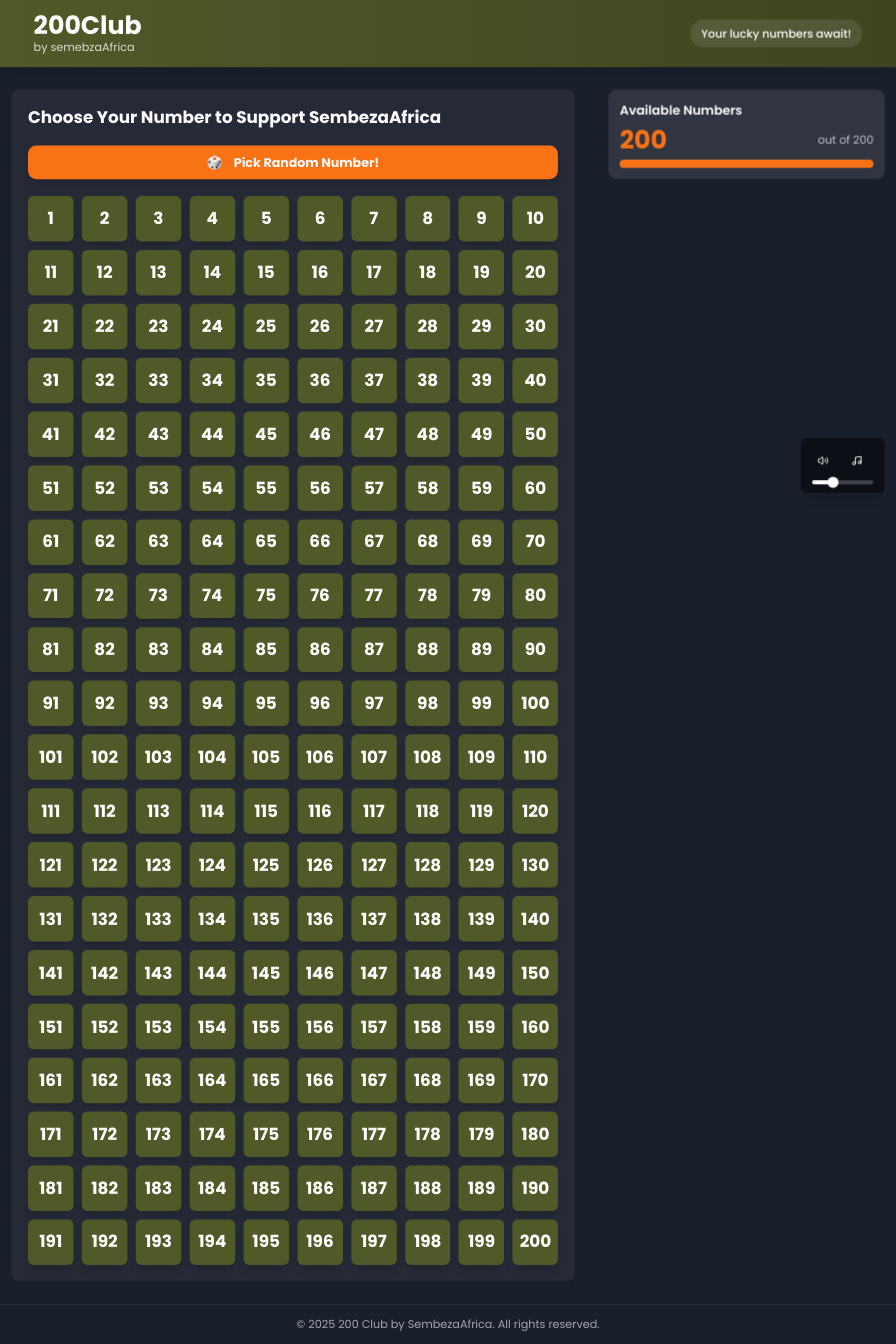
Repository: kaizoku010/200club
Page: /game
An editor plug-in stored every save of this project. The page is shown before and after the next save, followed by the edit.
The browser window is 1280 px wide. The pictures show the whole page, at 70% of full size.
The project was rebuilt for these pictures with package versions that can differ from the ones it lists, and the page was loaded fresh each time. Also part of the build but not shown: vite.config.ts, src/components/ui/tooltip.tsx, src/pages/main.css, src/pages/LandingPage.tsx, src/components/SelectedNumber.tsx, src/components/Cart.tsx, src/components/ui/input.tsx, src/components/ui/radio-group.tsx and 2 more.

Above is the page before, as saved 2025-05-07 02:45:45.

### index.html
<!DOCTYPE html>
<html lang="en">
  <head>
    <meta charset="UTF-8" />
    <meta name="viewport" content="width=device-width, initial-scale=1.0" />
    <title>lucky-number-arena-buy</title>
    <meta name="description" content="Lovable Generated Project" />
    <meta name="author" content="Lovable" />

    <meta property="og:title" content="lucky-number-arena-buy" />
    <meta property="og:description" content="Lovable Generated Project" />
    <meta property="og:type" content="website" />
    <meta property="og:image" content="https://lovable.dev/opengraph-image-p98pqg.png" />

    <meta name="twitter:card" content="summary_large_image" />
    <meta name="twitter:site" content="@lovable_dev" />
    <meta name="twitter:image" content="https://lovable.dev/opengraph-image-p98pqg.png" />
  </head>

  <body>
    <div id="root"></div>
    <!-- IMPORTANT: DO NOT REMOVE THIS SCRIPT TAG OR THIS VERY COMMENT! -->
    <script src="https://cdn.gpteng.co/gptengineer.js" type="module"></script>
    <script type="module" src="/src/main.tsx"></script>
  </body>
</html>

### src/App.tsx
import { Toaster } from "@/components/ui/toaster";
import { Toaster as Sonner } from "@/components/ui/sonner";
import { TooltipProvider } from "@/components/ui/tooltip";
import { QueryClient, QueryClientProvider } from "@tanstack/react-query";
import { BrowserRouter, Routes, Route, Navigate } from "react-router-dom";
import LandingPage from "./pages/LandingPage";
import GamePage from "./pages/GamePage";
import NotFound from "./pages/NotFound";

const queryClient = new QueryClient();

const App = () => (
  <QueryClientProvider client={queryClient}>
    <TooltipProvider>
      <Toaster />
      <Sonner />
      <BrowserRouter>
        <Routes>
          <Route path="/" element={<LandingPage />} />
          <Route path="/game" element={<GamePage />} />
          {/* Redirect /index to the new game page for backward compatibility */}
          <Route path="/index" element={<Navigate to="/game" replace />} />
          {/* ADD ALL CUSTOM ROUTES ABOVE THE CATCH-ALL "*" ROUTE */}
          <Route path="*" element={<NotFound />} />
        </Routes>
      </BrowserRouter>
    </TooltipProvider>
  </QueryClientProvider>
);

export default App;

### src/components/ui/toaster.tsx
import { useToast } from "@/hooks/use-toast"
import {
  Toast,
  ToastClose,
  ToastDescription,
  ToastProvider,
  ToastTitle,
  ToastViewport,
} from "@/components/ui/toast"

export function Toaster() {
  const { toasts } = useToast()

  return (
    <ToastProvider>
      {toasts.map(function ({ id, title, description, action, ...props }) {
        return (
          <Toast key={id} {...props}>
            <div className="grid gap-1">
              {title && <ToastTitle>{title}</ToastTitle>}
              {description && (
                <ToastDescription>{description}</ToastDescription>
              )}
            </div>
            {action}
            <ToastClose />
          </Toast>
        )
      })}
      <ToastViewport />
    </ToastProvider>
  )
}

### src/components/ui/sonner.tsx
import { useTheme } from "next-themes"
import { Toaster as Sonner, toast } from "sonner"

type ToasterProps = React.ComponentProps<typeof Sonner>

const Toaster = ({ ...props }: ToasterProps) => {
  const { theme = "system" } = useTheme()

  return (
    <Sonner
      theme={theme as ToasterProps["theme"]}
      className="toaster group"
      toastOptions={{
        classNames: {
          toast:
            "group toast group-[.toaster]:bg-background group-[.toaster]:text-foreground group-[.toaster]:border-border group-[.toaster]:shadow-lg",
          description: "group-[.toast]:text-muted-foreground",
          actionButton:
            "group-[.toast]:bg-primary group-[.toast]:text-primary-foreground",
          cancelButton:
            "group-[.toast]:bg-muted group-[.toast]:text-muted-foreground",
        },
      }}
      {...props}
    />
  )
}

export { Toaster, toast }

### src/pages/GamePage.tsx
import React, { useState, useEffect, useRef } from 'react';
import Header from '@/components/Header';
import NumberGrid from '@/components/NumberGrid';
import RandomizeButton from '@/components/RandomizeButton';
import SelectedNumber, { MobilePurchaseButton } from '@/components/SelectedNumber';
import Cart from '@/components/Cart';
import CheckoutModal from '@/components/CheckoutModal';
import AvailableCounter from '@/components/AvailableCounter';
import SoundControls from '@/components/SoundControls';
import {
  getAvailableNumbers,
  getPurchasedNumbers,
  getCartItems,
  addToCart,
  removeFromCart,
  purchaseNumbers,
  sendConfirmationEmail
} from '@/services/numberService';
import {
  playSound,
  toggleBackgroundMusic,
  isMusicEnabled
} from '@/services/soundService';

const GamePage: React.FC = () => {
  const [availableNumbers, setAvailableNumbers] = useState<number[]>([]);
  const [purchasedNumbers, setPurchasedNumbers] = useState<number[]>([]);
  const [selectedNumber, setSelectedNumber] = useState<number | null>(null);
  const [cartItems, setCartItems] = useState<number[]>([]);
  const [isCheckoutOpen, setIsCheckoutOpen] = useState(false);
  const cartRef = useRef<HTMLDivElement>(null);

  // Load initial data from service
  useEffect(() => {
    setAvailableNumbers(getAvailableNumbers());
    setPurchasedNumbers(getPurchasedNumbers());
    setCartItems(getCartItems());

    // Try to ensure background music is playing
    if (isMusicEnabled()) {
      toggleBackgroundMusic();
      toggleBackgroundMusic();
    }
  }, []);

  // Handle number selection
  const handleNumberSelected = (number: number) => {
    setSelectedNumber(number);
    playSound('select');
  };

  // Handle adding to cart
  const handleAddToCart = () => {
    if (selectedNumber) {
      addToCart(selectedNumber);
      setCartItems([...cartItems, selectedNumber]);
      setSelectedNumber(null);
      playSound('success');

      // Update available numbers
      const updatedAvailable = availableNumbers.filter(num => num !== selectedNumber);
      setAvailableNumbers(updatedAvailable);
    }
  };

  // Handle removing from cart
  const handleRemoveFromCart = (number: number) => {
    removeFromCart(number);
    setCartItems(cartItems.filter(item => item !== number));

    // Add back to available numbers
    setAvailableNumbers([...availableNumbers, number]);
  };

  // Handle checkout
  const handleCheckout = () => {
    if (cartItems.length > 0) {
      setIsCheckoutOpen(true);
    }
  };

  // Handle purchase completion
  const handleCompletePurchase = (email: string) => {
    purchaseNumbers(cartItems, email);
    setPurchasedNumbers([...purchasedNumbers, ...cartItems]);
    setCartItems([]);
    setIsCheckoutOpen(false);
    playSound('purchase');

    // In a real app, this would trigger an email service
    sendConfirmationEmail(email, cartItems);
  };

  return (
    <div className="min-h-screen flex flex-col bg-game-background text-white">
      <Header />

      <main className="flex-grow container mx-auto px-4 py-8">
        <div className="grid grid-cols-1 md:grid-cols-3 gap-8 md:relative">
          {/* Left column with scrollable content */}
          <div className="md:col-span-2 space-y-8  md:overflow-y-auto md:pr-4">
            <div className="bg-white/5 rounded-xl p-6 shadow-lg">
              <h2 className="text-2xl font-bold mb-6">Choose Your Number to Support SembezaAfrica</h2>
              <div className="mb-6">
                <RandomizeButton
                  availableNumbers={availableNumbers}
                  onRandomNumber={handleNumberSelected}
                />
              </div>
              <NumberGrid
                availableNumbers={availableNumbers}
                selectedNumber={selectedNumber}
                purchasedNumbers={purchasedNumbers}
                onNumberSelected={handleNumberSelected}
              />
            </div>
          </div>

          {/* Right column with sticky content */}
          <div className="space-y-6 md:sticky md:top-4 md:h-fit md:self-start">
            <AvailableCounter
              availableCount={availableNumbers.length}
              totalCount={200}
            />

            {selectedNumber && (
              <SelectedNumber
                selectedNumber={selectedNumber}
                onPurchase={handleAddToCart}
                onCancel={() => setSelectedNumber(null)}
              />
            )}

            {cartItems.length > 0 && (
              <div ref={cartRef}>
                <Cart
                  cartItems={cartItems}
                  onRemoveFromCart={handleRemoveFromCart}
                  onPurchase={handleCheckout}
                />
              </div>
            )}
          </div>
        </div>
      </main>

      <footer className="bg-game-background border-t border-white/10 py-4">
        <div className="container mx-auto px-4 text-center text-white/60">
          &copy; {new Date().getFullYear()} 200 Club by SembezaAfrica. All rights reserved.
        </div>
      </footer>

      <CheckoutModal
        isOpen={isCheckoutOpen}
        onClose={() => setIsCheckoutOpen(false)}
        cartItems={cartItems}
        onCompletePurchase={handleCompletePurchase}
      />

      {selectedNumber && (
        <MobilePurchaseButton
          selectedNumber={selectedNumber}
          onPurchase={handleAddToCart}
          cartRef={cartRef}
        />
      )}

      {/* Sound Controls */}
      <SoundControls />
    </div>
  );
};

export default GamePage;

### src/components/ui/button.tsx
import * as React from "react"
import { Slot } from "@radix-ui/react-slot"
import { cva, type VariantProps } from "class-variance-authority"

import { cn } from "@/lib/utils"

const buttonVariants = cva(
  "inline-flex items-center justify-center gap-2 whitespace-nowrap rounded-md text-sm font-medium ring-offset-background transition-colors focus-visible:outline-none focus-visible:ring-2 focus-visible:ring-ring focus-visible:ring-offset-2 disabled:pointer-events-none disabled:opacity-50 [&_svg]:pointer-events-none [&_svg]:size-4 [&_svg]:shrink-0",
  {
    variants: {
      variant: {
        default: "bg-primary text-primary-foreground hover:bg-primary/90",
        destructive:
          "bg-destructive text-destructive-foreground hover:bg-destructive/90",
        outline:
          "border border-input bg-background hover:bg-accent hover:text-accent-foreground",
        secondary:
          "bg-secondary text-secondary-foreground hover:bg-secondary/80",
        ghost: "hover:bg-accent hover:text-accent-foreground",
        link: "text-primary underline-offset-4 hover:underline",
      },
      size: {
        default: "h-10 px-4 py-2",
        sm: "h-9 rounded-md px-3",
        lg: "h-11 rounded-md px-8",
        icon: "h-10 w-10",
      },
    },
    defaultVariants: {
      variant: "default",
      size: "default",
    },
  }
)

export interface ButtonProps
  extends React.ButtonHTMLAttributes<HTMLButtonElement>,
    VariantProps<typeof buttonVariants> {
  asChild?: boolean
}

const Button = React.forwardRef<HTMLButtonElement, ButtonProps>(
  ({ className, variant, size, asChild = false, ...props }, ref) => {
    const Comp = asChild ? Slot : "button"
    return (
      <Comp
        className={cn(buttonVariants({ variant, size, className }))}
        ref={ref}
        {...props}
      />
    )
  }
)
Button.displayName = "Button"

export { Button, buttonVariants }

### src/components/Header.tsx

import React from 'react';
import { useToast } from '@/components/ui/use-toast';

const Header: React.FC = () => {
  return (
    <header className="bg-gradient-to-r from-game-primary to-game-secondary p-4 shadow-lg">
      <div className="container mx-auto flex flex-col md:flex-row items-center justify-between">
        <div className="text-center md:text-left mb-4 md:mb-0">
          <h1 className="text-3xl md:text-4xl font-bold text-white">
            200Club
          </h1>
          <p className="text-white/80">by semebzaAfrica</p>
        </div>
        <div className="flex items-center space-x-4">
          <div className="bg-white/10 p-2 px-4 rounded-full backdrop-blur-sm">
            <span className="text-white font-medium">Your lucky numbers await!</span>
          </div>
        </div>
      </div>
    </header>
  );
};

export default Header;

### src/components/NumberGrid.tsx

import React from 'react';
import { cn } from '@/lib/utils';
import { playSound } from '@/services/soundService';

interface NumberGridProps {
  availableNumbers: number[];
  selectedNumber: number | null;
  purchasedNumbers: number[];
  onNumberSelected: (number: number) => void;
}

const NumberGrid: React.FC<NumberGridProps> = ({
  availableNumbers,
  selectedNumber,
  purchasedNumbers,
  onNumberSelected
}) => {
  const allNumbers = Array.from({ length: 200 }, (_, i) => i + 1);

  const isNumberAvailable = (num: number) => availableNumbers.includes(num);
  const isNumberPurchased = (num: number) => purchasedNumbers.includes(num);
  const isNumberSelected = (num: number) => selectedNumber === num;

  return (
    <div className="grid grid-cols-5 sm:grid-cols-8 md:grid-cols-10 gap-2 md:gap-3">
      {allNumbers.map(number => (
        <div
          key={number}
          className={cn(
            "number-card animate-scaleIn",
            isNumberPurchased(number) && "purchased",
            isNumberSelected(number) && "selected",
            !isNumberAvailable(number) && !isNumberPurchased(number) && "purchased"
          )}
          style={{ animationDelay: `${number * 5}ms` }}
          onClick={() => {
            if (isNumberAvailable(number) && !isNumberPurchased(number)) {
              onNumberSelected(number);
              // Play select sound
              playSound('select');
            }
          }}
        >
          {number}
        </div>
      ))}
    </div>
  );
};

export default NumberGrid;

### src/components/AvailableCounter.tsx

import React from 'react';

interface AvailableCounterProps {
  availableCount: number;
  totalCount: number;
}

const AvailableCounter: React.FC<AvailableCounterProps> = ({ availableCount, totalCount }) => {
  const percentage = (availableCount / totalCount) * 100;

  return (
    <div className="bg-white/10 backdrop-blur-sm p-4 rounded-xl">
      <h3 className="text-lg font-semibold text-white mb-2">Available Numbers</h3>
      <div className="flex items-center justify-between">
        <div className="text-4xl font-bold text-game-accent animate-fadeIn">
          {availableCount}
        </div>
        <div className="text-white/70">out of {totalCount}</div>
      </div>
      <div className="mt-2 h-3 bg-white/20 rounded-full overflow-hidden">
        <div
          className="h-full bg-game-accent animate-progressBar"
          style={{ width: `${percentage}%` }}
        ></div>
      </div>
    </div>
  );
};

export default AvailableCounter;

### src/components/ui/sound-button.tsx
import React from 'react';
import { Button, ButtonProps } from '@/components/ui/button';
import { playSound, toggleBackgroundMusic, isMusicEnabled } from '@/services/soundService';
import { cn } from '@/lib/utils';

interface SoundButtonProps extends ButtonProps {
  soundEffect?: 'click' | 'select' | 'success' | 'purchase';
  hoverSound?: boolean;
}

const SoundButton = React.forwardRef<HTMLButtonElement, SoundButtonProps>(
  ({ className, soundEffect = 'click', hoverSound = false, onMouseEnter, onClick, ...props }, ref) => {

    const handleMouseEnter = (e: React.MouseEvent<HTMLButtonElement>) => {
      if (hoverSound) {
        playSound('buttonHover');
      }

      if (onMouseEnter) {
        onMouseEnter(e);
      }
    };

    const handleClick = (e: React.MouseEvent<HTMLButtonElement>) => {
      // Play the button sound effect
      playSound(soundEffect);

      // This is a good opportunity to start background music if it's enabled
      // but not playing yet (due to browser autoplay restrictions)
      if (isMusicEnabled()) {
        // Try to start background music now that we have user interaction
        toggleBackgroundMusic();
        toggleBackgroundMusic(); // Toggle twice to ensure it's playing if enabled
      }

      if (onClick) {
        onClick(e);
      }
    };

    return (
      <Button
        ref={ref}
        className={cn(className)}
        onMouseEnter={handleMouseEnter}
        onClick={handleClick}
        {...props}
      />
    );
  }
);

SoundButton.displayName = 'SoundButton';

export { SoundButton };

### src/components/ui/slider.tsx
import * as React from "react"
import * as SliderPrimitive from "@radix-ui/react-slider"

import { cn } from "@/lib/utils"

const Slider = React.forwardRef<
  React.ElementRef<typeof SliderPrimitive.Root>,
  React.ComponentPropsWithoutRef<typeof SliderPrimitive.Root>
>(({ className, ...props }, ref) => (
  <SliderPrimitive.Root
    ref={ref}
    className={cn(
      "relative flex w-full touch-none select-none items-center",
      className
    )}
    {...props}
  >
    <SliderPrimitive.Track className="relative h-1.5 w-full grow overflow-hidden rounded-full bg-white/20">
      <SliderPrimitive.Range className="absolute h-full bg-white" />
    </SliderPrimitive.Track>
    <SliderPrimitive.Thumb className="block h-4 w-4 rounded-full border border-white/50 bg-white shadow transition-colors focus-visible:outline-none focus-visible:ring-1 focus-visible:ring-ring disabled:pointer-events-none disabled:opacity-50" />
  </SliderPrimitive.Root>
))
Slider.displayName = SliderPrimitive.Root.displayName

export { Slider }

Loaded but not shown: src/main.tsx (common file); src/hooks/use-toast.ts (common file); src/lib/utils.ts (common file); src/components/ui/use-toast.ts (common file); src/components/CheckoutModal.tsx (183 lines, source omitted); src/services/soundService.ts (186 lines, source omitted); src/components/ui/toast.tsx (127 lines, source omitted); src/components/SoundControls.tsx (135 lines, source omitted); tailwind.config.ts (151 lines, source omitted); src/components/ui/dialog.tsx (120 lines, source omitted); src/services/numberService.ts (75 lines, source omitted); src/index.css (115 lines, source omitted); src/components/RandomizeButton.tsx (85 lines, source omitted)

After the next save:
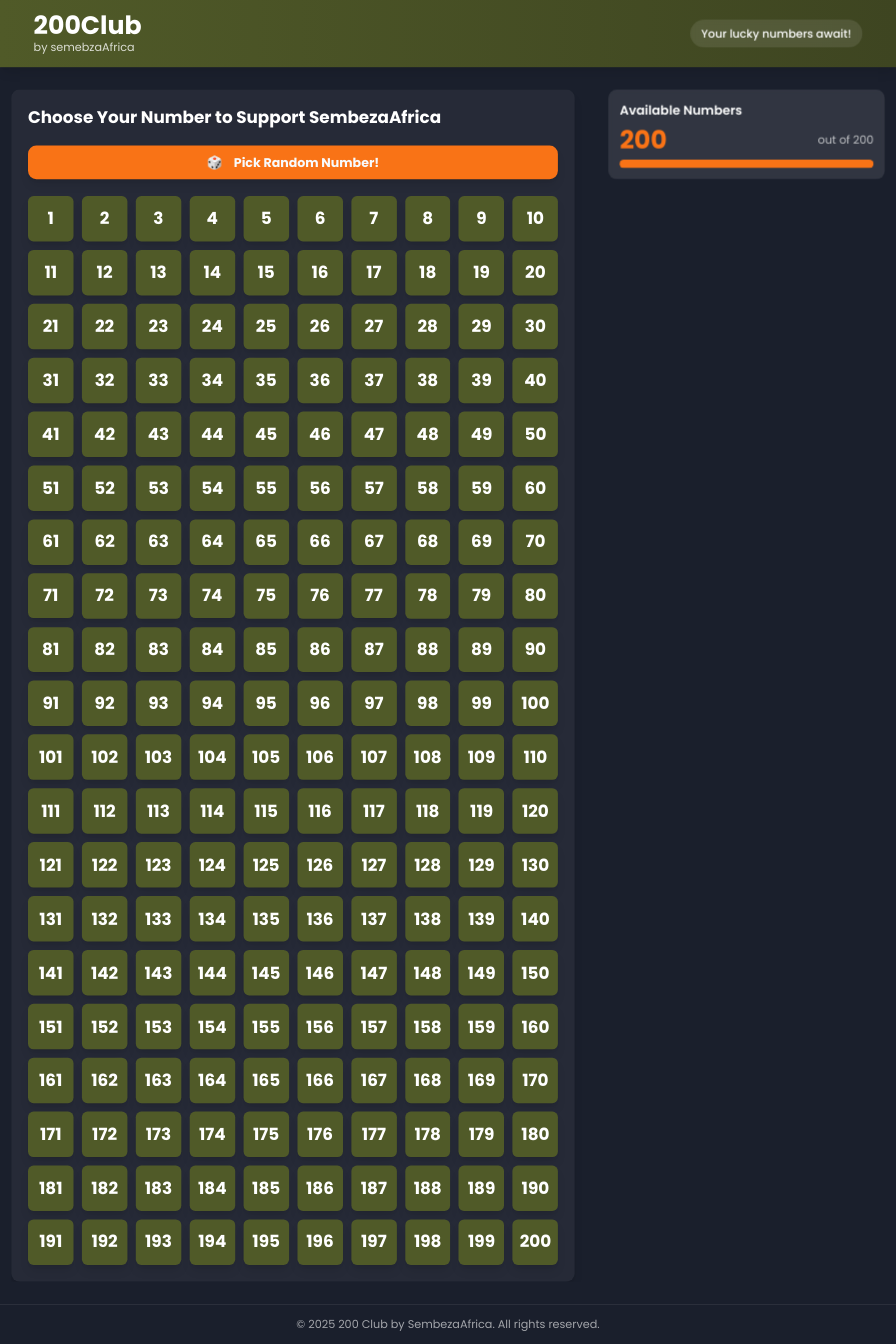
Saved 5 min 45 s later.
--- a/src/pages/GamePage.tsx
+++ b/src/pages/GamePage.tsx
@@ -166,7 +166,7 @@
       )}
 
       {/* Sound Controls */}
-      <SoundControls />
+      {/* <SoundControls /> */}
     </div>
   );
 };

After the 3 saves that followed:
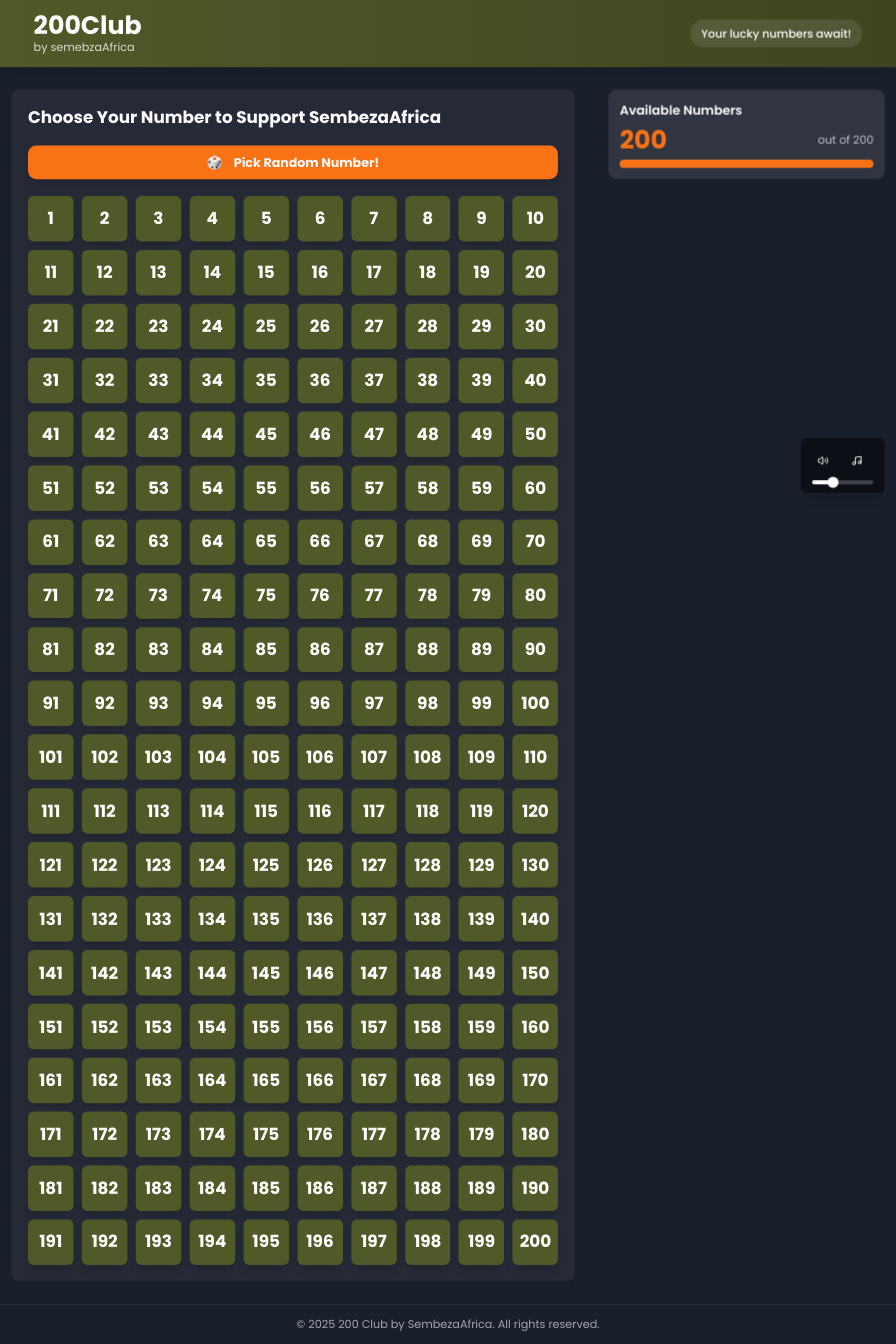
The 3 saves are shown as one change because 1 left the picture as it was and some came seconds apart.
The last was saved 2 min 56 s later.
--- a/src/pages/GamePage.tsx
+++ b/src/pages/GamePage.tsx
@@ -166,7 +166,7 @@
       )}
 
       {/* Sound Controls */}
-      {/* <SoundControls /> */}
+      <SoundControls />
     </div>
   );
 };
